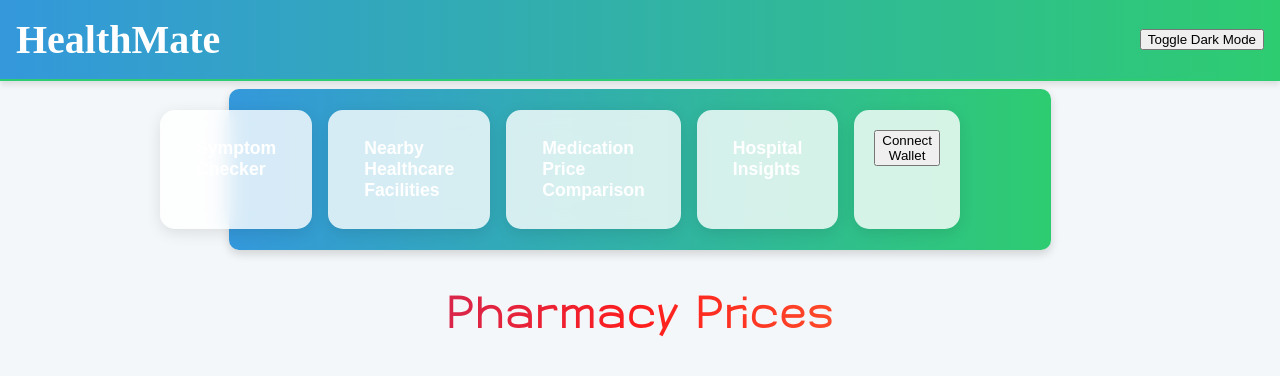
Repository: tmanas06/EP-PROJECT
Page: http://localhost/Medicine_Management_Application/WEB-INF/medicationPrices.jsp
The author's editor kept a copy of each file at every save. The page is drawn from the files as they stood at one save, then again after the next save.
The browser window is 1280 px wide. The pictures show the whole page.
The page is served by Tomcat 9. Nobody is signed in. The template is opened directly, without the code that normally fills it, so the values that code supplies are empty.

Above is the page before, as saved 2024-12-05 18:37:34.

After the next save:
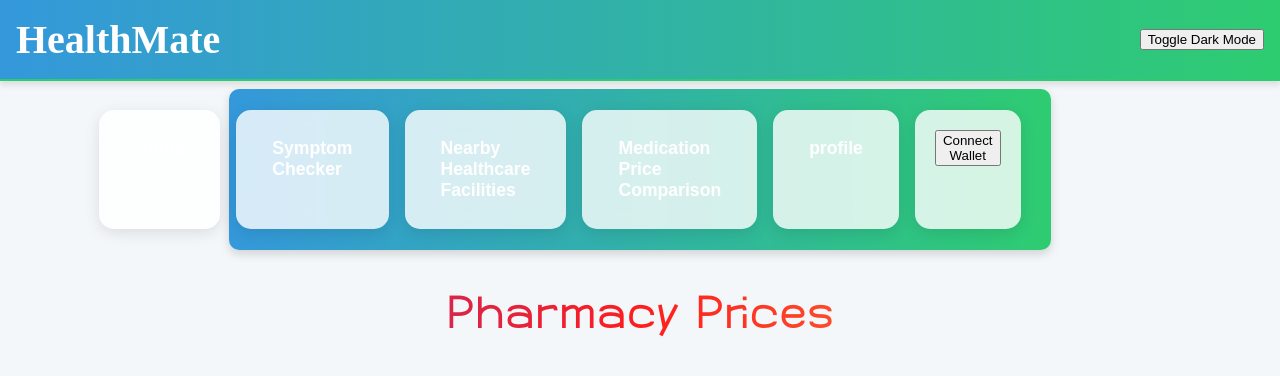
Saved 79 s later.
--- a/Medicine_Management_Application/src/main/webapp/WEB-INF/medicationPrices.jsp
+++ b/Medicine_Management_Application/src/main/webapp/WEB-INF/medicationPrices.jsp
@@ -152,10 +152,11 @@
     </header>
     <nav>
         <ul>
+            <li><a href="index">Home</a></li>
             <li><a href="symptomChecker">Symptom Checker</a></li>
             <li><a href="nearbyFacilities">Nearby Healthcare Facilities</a></li>
             <li><a href="medicationPrices">Medication Price Comparison</a></li>
-            <li><a href="hospitalInsights">Hospital Insights</a></li>
+            <li><a href="profile">profile</a></li>
             <li><button id="connectWalletBtn">Connect Wallet</button></li>
         </ul>
         <div id="walletAddress"></div>
